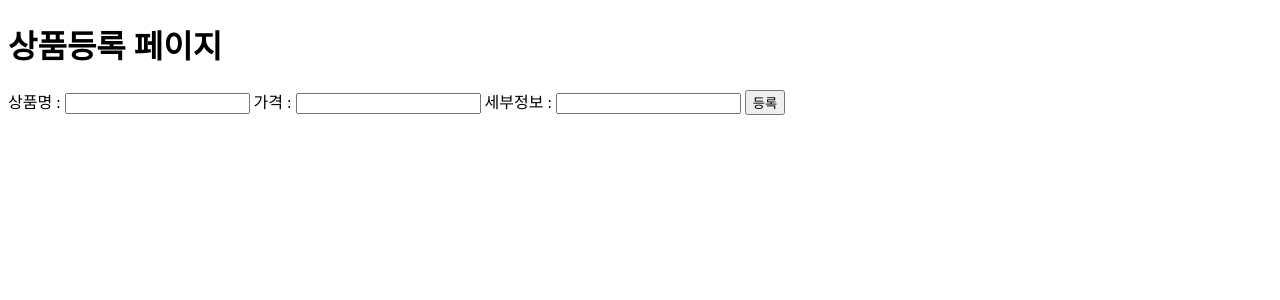
Repository: WoodongMaster/JSP_Workspace
Page: http://localhost/jsp_study/register.jsp
The author's editor kept a copy of each file at every save. The page is drawn from the files as they stood at one save, then again after the next save.
The browser window is 1280 px wide. The pictures show the whole page.
The page is served by Tomcat 9.

Above is the page before, as saved 2023-05-11 01:22:39.

After the next save:
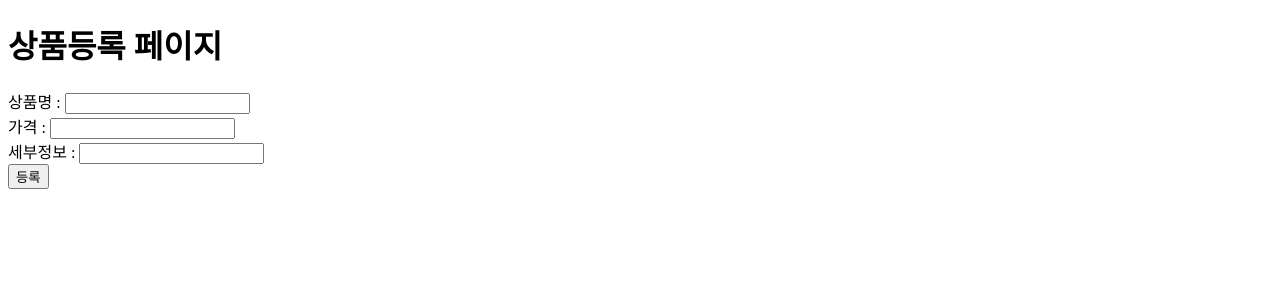
Saved 83 s later.
--- a/jsp_project1/jsp_study/src/main/webapp/register.jsp
+++ b/jsp_project1/jsp_study/src/main/webapp/register.jsp
@@ -9,9 +9,9 @@
 <body>
 <h1>상품등록 페이지</h1>
 	<form action="insert.pd" method="post">
-		상품명 : <input type="text" name="pname">
-		가격 : <input type="text" name="price">
-		세부정보 : <input type="text" name="madeby">
+		상품명 : <input type="text" name="pname"><br>
+		가격 : <input type="text" name="price"><br>
+		세부정보 : <input type="text" name="madeby"><br>
 		<button type="submit">등록</button>
 	</form>
 </body>
